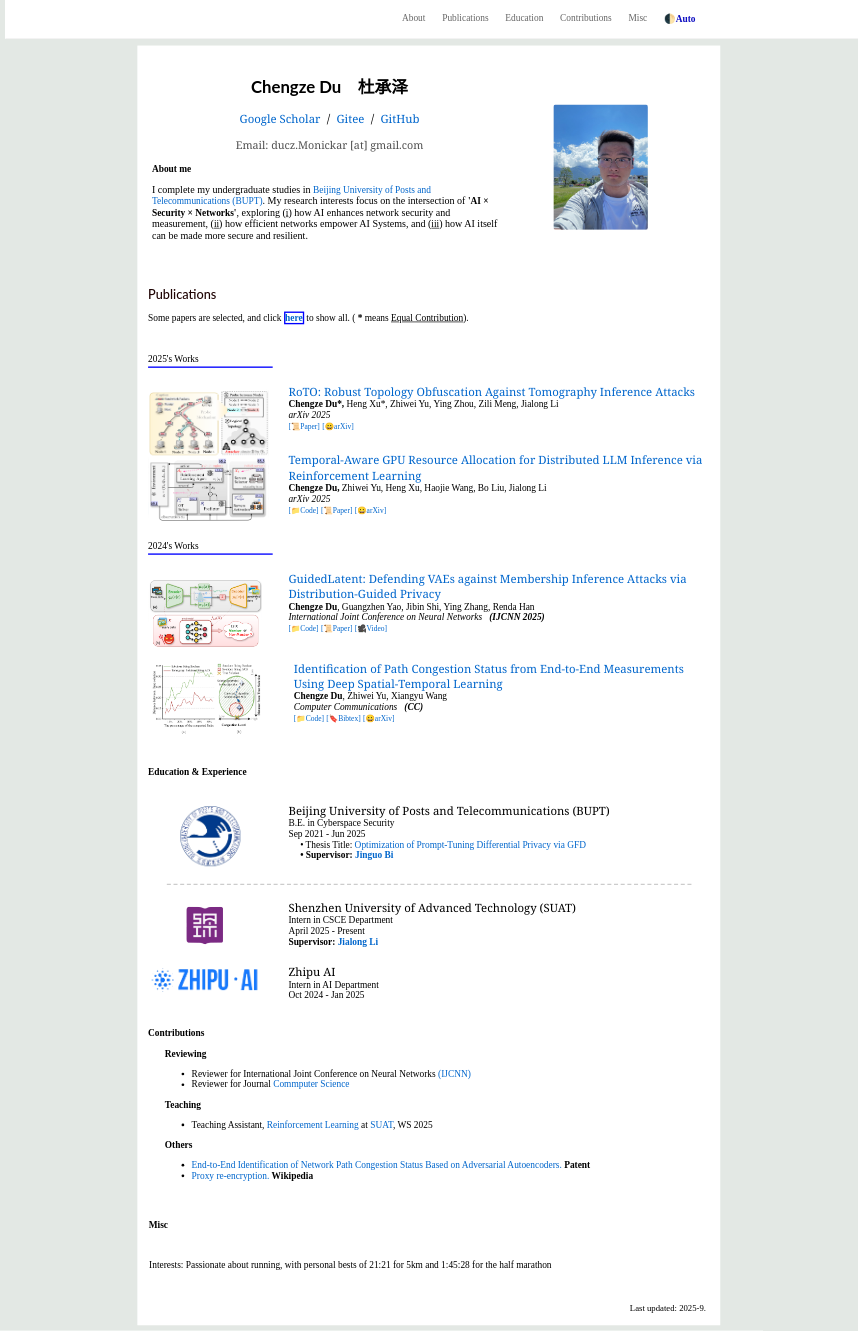
Repository: Monickar/Monickar.github.io
Page: index.html
The author's editor kept a copy of each file at every save. The page is drawn from the files as they stood at one save, then again after a run of saves.
The browser window is 1280 px wide. The pictures show the whole page, at 67% of full size.

Above is the page before, as saved 2025-10-28 18:53:03.

### index.html
<!DOCTYPE HTML>
<html lang="en">
  <head>
    <meta http-equiv="Content-Type" content="text/html; charset=UTF-8">

    <title>Chengze's Homepage</title>

    <meta name="author" content="Chengze Du">
    <meta name="viewport" content="width=550px, initial-scale=1.0">
    <link rel="shortcut icon" href="./images/IMG_1936.JPG" type="image/x-icon" style="border-radius: 50%;"> <!-- 添加favicon 圆形-->
    <link rel="stylesheet" type="text/css" href="styles.css">
    <style>

      /* * {
        font-family: Cambria, Georgia, serif;

      } */
      * {
        font-size: 14px;

      }


    </style>
  </head>


  <body bgcolor="#E3E8E4">
    <!-- 导航栏 -->
    <nav class="navbar" bgcolor="#EEEEEE">
      <div class="nav-container">
        <a href="#" class="nav-brand"> </a>
        <div class="nav-links">
          <a href="#about">About</a>
          <a href="#pub">Publications</a>
          <a href="#education">Education</a>
          <a href="#contributions">Contributions</a>
          <a href="#misc">Misc</a>
          <a id="darkToggle" style="color: rgb(12, 12, 193); font-weight: bolder;">Mode🌓</a>

        </div>
      </div>
    </nav>

    <!-- 原有内容开始 -->
    <table id="about" style="width:100%; background:#FFFFFF; max-width:870px;border:0px;border-spacing:0px;border-collapse:separate;margin-right:auto;margin-left:auto;"><tbody>
      <tr style="padding:0px">
        <td style="padding:0px">
          <table style="width:100%;border:0px;border-spacing:0px;border-collapse:separate;margin-right:auto;margin-left:auto;"><tbody>
            <tr style="padding:0px">
              <td style="padding:2.5%;width:60%;vertical-align:middle">

                <p class="name" style="text-align: center; font-size: 25px;">
                  Chengze Du &ensp;  杜承泽
                </p>

                <p style="text-align:center; font-size: 18px; font-family: Georgia">
                  <a href="https://scholar.google.com/citations?hl=zh-CN&user=y4ty-f4AAAAJ" class="papertitle">Google Scholar</a> &nbsp;/&nbsp;
                  <a href="https://gitee.com/monickar" class="papertitle">Gitee</a> &nbsp;/&nbsp;
                  <a href="https://github.com/Monickar" class="papertitle">GitHub</a>
                </p>

                <p style="text-align:center; font-size: 16px; font-family: Cambria; color: rgb(80, 80, 80);">
                Email: ducz.Monickar [at] gmail.com
                </p>
                <h2>About me</h2>

                <p style="font-size: 15px;"> I complete my undergraduate studies in <a href="https://www.bupt.edu.cn/">Beijing University of Posts and Telecommunications (BUPT)</a>.
                  My research interests focus on the intersection of <strong>'AI <strong>×</strong> Security <strong>×</strong> Networks'</strong>, exploring (<u>i</u>) how AI enhances network security and measurement, (<u>ii</u>) how efficient networks empower AI Systems, and (<u>iii</u>) how AI itself can be made more secure and resilient.

                </p>
              </td>
              <td style="padding:5.5%; width:31%; max-width:37%; padding-top:10%;">
                <a href="https://ccfddl.com/"><img style="width:70%; max-width:70%;object-fit: cover; border-radius: 2%;" alt="profile photo" src="images/chengze.jpg" class="hoverZoomLink"></a>
              </td>
            </tr>
          </tbody></table>


      <table id="pub" style="width:100%;border:0px;border-spacing:0px;border-collapse:separate;margin-right:auto;margin-left:auto;"><tbody>
          <tr>
          <td style="padding:16px;width:100%;vertical-align:middle">
            <h2 class="subtitle">Publications</h2>
            <p>
             Some papers are selected, and click <strong><a href="FullPaperList.html" class="text-with-border">here</a></strong> to show all.
              ( <strong>*</strong> means <u>Equal Contribution</u>).
            </p>
             <!-- Some works are <span class="highlight">highlighted</span>.  -->
          </td>
        </tr>
      </tbody></table>
      <table style="width:100%;border:0px;border-spacing:0px;border-collapse:separate;margin-right:auto;margin-left:auto;"><tbody>


      <!-- 2025 分隔符 -->
      <td style="padding:16px; width:25%; vertical-align:middle; margin-top: 2px;">
        <span class="year">2025's Works</span>
        <div style="height: 2px; background-color: blue; margin-top: 2px;"></div>
      </td>

      <tr >
        <td style="padding:16px;width:25%;vertical-align:top">
          <div class="one">
            <img src="images/RoTO-1.png" class="top" alt="SecureNT alternate" width="180" height="100">
            <img src="images/RoTO-2.png" class="bottom" alt="SecureNT" style="width:180px; height:65px;">
          </div>
        </td>
        <td style="padding:8px;width:80%; vertical-align:top">
          <a href="https://arxiv.org/abs/2508.12852">
        <span class="papertitle">RoTO: Robust Topology Obfuscation Against Tomography Inference Attacks</span>
          </a>
          <br>
          <strong>Chengze Du*,</strong>
          Heng Xu*,
          Zhiwei Yu,
          Ying Zhou,
          Zili Meng,
          Jialong Li

          <br>
          <em>arXiv  2025</em>
          <br>
          <!-- <a href="" style="font-size: 0.8em;">[📁Code]</a> -->
          <a href="https://arxiv.org/pdf/2508.12852" style="font-size: 0.8em;">[📜Paper]</a>
          <a href="https://arxiv.org/abs/2508.12852" style="font-size: 0.8em;">[😀arXiv]</a>
          <p></p>
        </td>
      </tr>



      <tr >
        <td style="padding:16px;width:20%;vertical-align:top">
          <div class="one">
            <img src="images/gpu_infer_component.png" class="top" alt="SecureNT alternate" width="180" height="100">
            <img src="images/tcc_intro.png" class="bottom" alt="SecureNT" style="width:180px; height:90px;">
          </div>
        </td>
        <td style="padding:8px;width:80%; vertical-align:middle">
          <a href="https://arxiv.org/abs/2507.10259">
        <span class="papertitle">Temporal-Aware GPU Resource Allocation for Distributed LLM Inference via Reinforcement Learning</span>
          </a>
          <br>
          <strong>Chengze Du,</strong>
          Zhiwei Yu,
          Heng Xu,
          Haojie Wang,
          Bo Liu,
          Jialong Li

          <br>
          <em>arXiv  2025</em>
          <br>
          <a href="https://gitee.com/Monickar/OT4GpuInference" style="font-size: 0.8em;">[📁Code]</a>
          <a href="https://arxiv.org/pdf/2507.10259" style="font-size: 0.8em;">[📜Paper]</a>
          <a href="https://arxiv.org/abs/2507.10259" style="font-size: 0.8em;">[😀arXiv]</a>
          <p></p>

        </td>
      </tr>


      <!-- 2024 分隔符 -->
      <td style="padding:16px; width:20%; vertical-align:middle; margin-top: 2px;">
        <span class="year">2024's Works</span>
        <div style="height: 2px; background-color: blue; margin-top: 2px;"></div>
      </td>

      <tr >
        <td style="padding:16px;width:20%;vertical-align:top">
          <div class="one">
            <img src="images/anti-vae.png" class="top" alt="SecureNT alternate" width="170" height="110">
            <img src="images/vae-anti-mia.png" class="bottom" alt="SecureNT" style="width:170px; height:85px;">
          </div>
        </td>
        <td style="padding:8px;width:80%; vertical-align:top">
          <a href="">
        <span class="papertitle">GuidedLatent: Defending VAEs against Membership Inference Attacks via Distribution-Guided Privacy
          </a>
          <br>
          <strong>Chengze Du</strong>,
                  Guangzhen Yao,
                  Jibin Shi,
                  Ying Zhang,
                  Renda Han
          <br>
          <em>International Joint Conference on Neural Networks <strong>&nbsp (IJCNN 2025)</strong></em>
          <br>
          <a href="https://anonymous.4open.science/r/VAE-Anti-MIA-DB1A/README.md" style="font-size: 0.8em;">[📁Code]</a>
          <a href="./files/IJCNN_2025.pdf" style="font-size: 0.8em;">[📜Paper]</a>
          <!-- <a href="./files/" style="font-size: 0.8em;">[😀arXiv]</a> -->
          <a href="https://vimeo.com/1095995168" style="font-size: 0.8em;">[🎥Video]</a>
          <!-- <a href="https://arxiv.org/abs/2412.10762" style="font-size: 0.8em;">[📄Poster]</a> -->
          <br>
          <br>
        </td>
      </tr>




    <tr>
      <td style="padding:16px;width:20%;vertical-align:top">
          <div class="one">
            <img src="images/CC_1.png" class="top" alt="SecureNT alternate" width="170" height="110">
            <img src="images/AAE-LSTM.png" class="bottom" alt="SecureNT" style="width:170px; height:110px;">
          </div>
      </td>
      <td style="padding:16px;width:70%;vertical-align:top">
        <a href="https://www.sciencedirect.com/science/article/pii/S0140366425001513">
          <span class="papertitle">Identification of Path Congestion Status from End-to-End Measurements Using Deep Spatial-Temporal Learning</span>
        </a>
        <br>
        <strong>Chengze Du</strong>,
        Zhiwei Yu, Xiangyu Wang
        <br>
        <em>Computer Communications  &nbsp <strong>(CC)</strong> </em>
        <br>
        <a href="https://github.com/Monickar/ACS" style="font-size: 0.8em;">[📁Code]</a>
        <a href="./Bibtex/CC_NT_2025.txt" style="font-size: 0.8em;">[🔖Bibtex]</a>
        <a href="https://arxiv.org/abs/2412.10762" style="font-size: 0.8em;">[😀arXiv]</a>
      </td>
    </tr>

          </tbody></table>

          <table style="width:100%;border:0px;border-spacing:0px;border-collapse:separate;margin-right:auto;margin-left:auto;"><tbody>
            <tr>
            <td style="padding:16px;width:100%;vertical-align:middle">
              <h2>Education & Experience</h2>
            </td>
          </tr>
        </tbody></table>

        <!-- 教育经历 -->
        <table id="education" style="width:100%;border:0px;border-spacing:0px;border-collapse:separate;margin-right:auto;margin-left:auto;"><tbody>

          <tr>
            <td style="padding:16px;width:25%;vertical-align:middle"> <!-- 图片设置为居中 -->
              <img src="images/bupt-logo-1.png" alt="BUPT" width="90" style="display: block; margin: 0 auto;">
            </td>
            <td style="padding:8px;width:75%;vertical-align:middle">
              <span class="papertitle">Beijing University of Posts and Telecommunications (BUPT)</span>
              <br>
              B.E. in Cyberspace Security
              <br>
              Sep 2021 - Jun 2025
              <br>
                &emsp; • Thesis Title:
                 <font color="#1772D0"> <a href="https://gitee.com/Monickar/Bachelor_Thesis" >  Optimization of Prompt-Tuning Differential Privacy via GFD</a> </font>
              <br>
              <strong>
                &emsp; • Supervisor: <a href="https://scss.bupt.edu.cn/info/1063/3984.htm">Jinguo Bi</a>
              </strong>
              <p></p>
            </td>

          </tr>

          <!-- 添加虚线分隔符 -->
          <tr>
            <td colspan="2" style="padding: 10px 0">
              <div style="border-top: 2px dashed #ccc; width: 90%; margin: 0 auto;"></div>
            </td>
          </tr>

          <tr>
            <td style="padding:16px 16px 8px 16px;width:20%;vertical-align:middle">
              <img src="images/suat-logo.png" alt="Internship" width="170">
            </td>
            <td style="padding:4px 8px 4px 8px;width:80%;vertical-align:middle">
              <span class="papertitle">Shenzhen University of Advanced Technology (SUAT) </span>
              <br>
              Intern in CSCE Department
              <br>
              April 2025 - Present
              <br>
              <strong>Supervisor: <a href="https://franklee94.github.io/index.html">Jialong Li</a></strong>
            </td>
          </tr>

          <tr>
            <td style="padding:16px;width:20%;vertical-align:middle">
              <img src="images/Zhipu_AI.png" alt="Internship" width="170">
            </td>
            <td style="padding:8px;width:80%;vertical-align:middle">
              <span class="papertitle"> Zhipu AI</span>
              <br>
              Intern in AI Department
              <br>
              Oct 2024 - Jan 2025
          </tr>

        </tbody></table>

 <!-- 专利 -->

 <table id="contributions" style="width:100%;border:0px;border-spacing:0px;border-collapse:separate;margin-right:auto;margin-left:auto;"><tbody>
  <tr>
    <td style="padding:16px; width:100%; vertical-align:middle">
      <h2>Contributions</h2>

      <div style="padding-left: 25px;">
        <h3>Reviewing</h3>
        <ul>
          <li>Reviewer for International Joint Conference on Neural Networks <a href="https://ijcnn2024.org/">(IJCNN) </a>  </li>
          <li>Reviewer for Journal <a href="https://www.jsjkx.com/EN/1002-137X/home.shtml"> Commputer Science </a>  </li>
        </ul>
      </div>

      <div style="padding-left: 25px;">
        <h3>Teaching</h3>
        <ul>
          <li>Teaching Assistant,<a href=""> Reinforcement Learning </a> at <a href="https://suat-sz.edu.cn/en/">SUAT</a>, WS 2025</li>

        </ul>
      </div>


      <div style="padding-left: 25px;">

        <h3>  Others</h3>
      <ul>
        <li> <a href="https://patentimages.storage.googleapis.com/00/00/00/0000000000000000000000000000000000000000000000000000000000000000.pdf"> End-to-End Identification of Network Path Congestion Status
          Based on Adversarial Autoencoders.</a> <strong>Patent</strong></li>
        <li><a href="https://zh.wikipedia.org/wiki/%E4%BB%A3%E7%90%86%E9%87%8D%E5%8A%A0%E5%AF%86">Proxy re-encryption.</a> <strong>Wikipedia</strong></li>
      </ul>
      </div>






    </td>
  </tr>
</tbody></table>



		<table style="width:100%; margin:0 auto; border:0; border-spacing:0; padding:16px;"><tbody>
            <tr>
              <td>
                <h2>Misc</h2>
              </td>
            </tr>
          </tbody></table>
          <table id="misc" style="width:100%;border:0px;border-spacing:0px;border-collapse:separate;margin-right:auto;margin-left:auto;"><tbody>

        <!-- 其他内容 : Interests: Passionate about running, with personal bests of 21:21 for 5km and 1:45:28 for the half marathon-->
        <p>&emsp; Interests: Passionate about running, with personal bests of 21:21 for 5km and 1:45:28 for the half marathon</p>

          </tbody></table>
          <table style="width:100%; border:5px;border-spacing:0px;border-collapse:separate;margin-right:auto;margin-left:auto;"><tbody>
            <tr>
              <td style="padding:5px">
                <br>
                <p style="text-align:right;font-size:small;">
                  Last updated: 2025-9. &emsp;
                </p>
              </td>
            </tr>
          </tbody></table>


        </td>
      </tr>
    </table>

    <script>
    const btn = document.getElementById('darkToggle');
    const mode = localStorage.getItem('mode') || 'auto'; // 'auto', 'dark', 'light'

    function isDarkTime() {
      const hour = new Date().getHours();
      return hour >= 18 || hour < 6; // 20:00-6:00: dark time
    }

    function applyTheme() {
      const shouldBeDark = mode === 'dark' || (mode === 'auto' && isDarkTime());
      document.body.classList.toggle('dark', shouldBeDark);


      if (mode === 'auto') {
        btn.textContent = '🌓Auto';
        btn.title = 'Turn Dark';
      } else {
        btn.textContent = shouldBeDark ? '🌓Dark' : '🌓Light';
        btn.title = shouldBeDark ? 'Turn Light' : 'Turn Auto';
      }
    }

    btn.onclick = () => {
      const modes = ['light', 'auto', 'dark'];
      const idx = modes.indexOf(mode);
      const newMode = modes[(idx + 1) % 3];
      localStorage.setItem('mode', newMode);
      location.reload(); // 简单刷新应用新模式
    };

    applyTheme();
    // 每分钟检查一次时间（仅在自动模式下有用）
    if (mode === 'auto') setInterval(applyTheme, 1000000);
    </script>


  </body>
</html>

### styles.css
.name {
  padding-top: 20px;
  margin: 0;
  font-family: 'Lato', Cambria, Georgia, serif;
  font-size: 10px;
  font-weight: bold;
}

.papertitle {
  font-family: Cambria, Georgia, Helvetica, sans-serif;
  font-size: 17px;
  font-weight: 550;
}

.subtitle {
  font-family: 'Lato', Georgia, Helvetica, sans-serif;
  font-size: 19px;
  font-weight: 500;
  color: #1e0202;
}

a {
    color: #0066cc; /* 设置链接颜色为蓝色 */
    text-decoration: none;
}

a:focus,

a:hover {
    text-decoration: underline;
    color: #f09228;
}

.text-with-border {
border: 2px solid blue; /* 边框宽度为 2px，样式为实线，颜色为蓝色 */
}
/* 导航栏样式 */
.navbar {
  background-color: #ffffff;
  padding: 15px 0;
  border-bottom: 1px solid #eee;
  position: fixed;
  top: 0;
  width: 100%;
  z-index: 1000;
}

.nav-container {
  max-width: 800px;
  margin: 0 auto;
  display: flex;
  justify-content: space-between;
  align-items: center;
}

.nav-brand {
  font-size: 1.5em;
  font-weight: bold;
  color: #333;
  text-decoration: none;
}

.nav-links {
  display: flex;
  gap: 20px;
}

.nav-links a {
  color: #666;
  text-decoration: none;
  padding: 5px 10px;
  transition: color 0.3s ease;
}

.nav-links a:hover {
  color: #1772D0;
}

/* 为了防止内容被导航栏遮挡 */
body {
  padding-top: 60px;
}

/* 修改图片切换相关的样式 */
.one {
  position: relative;
  display: inline-block;
}

.one img {
  position: absolute;
  left: 0;
  top: 0;
  transition: opacity 0.2s ease-in-out;
}

.one img.bottom {
  z-index: 1;
  position: relative;
}

.one img.top {
  z-index: 2;
}

.one:hover img.top {
  opacity: 0;
}

.hidden-link {
  color: inherit;
  text-decoration: none;
  cursor: default;
}

.hidden-link:hover {
  color: inherit;
  text-decoration: none;
}

body {
  font-size: 15px; /* 默认大小，可修改为所需值 */
}

body.dark {
  background: #1a1a1a !important;
  color: #e0e0e0 !important;
}

body.dark .navbar,
body.dark table {
  background: #2d2d2d !important;
}

body.dark a {
  color: #66b3ff !important;
}

body.dark .nav-links a {
  color: #b0b0b0 !important;
}

body.dark .nav-links a:hover {
  color: #66b3ff !important;
}

body.dark .papertitle {
  color: #66b3ff !important;
}

body.dark .year {
  color: #66b3ff !important;
}


.navbar {
  width: 100%; /* 占满屏幕宽度 */
}
.nav-container {
  display: flex;
  justify-content: space-between; /* 内容左右分布 */
  align-items: center;

}

.nav-links {
  display: flex;
  gap: 5px; /* 链接间添加间隔 */
}

After the next 2 saves:
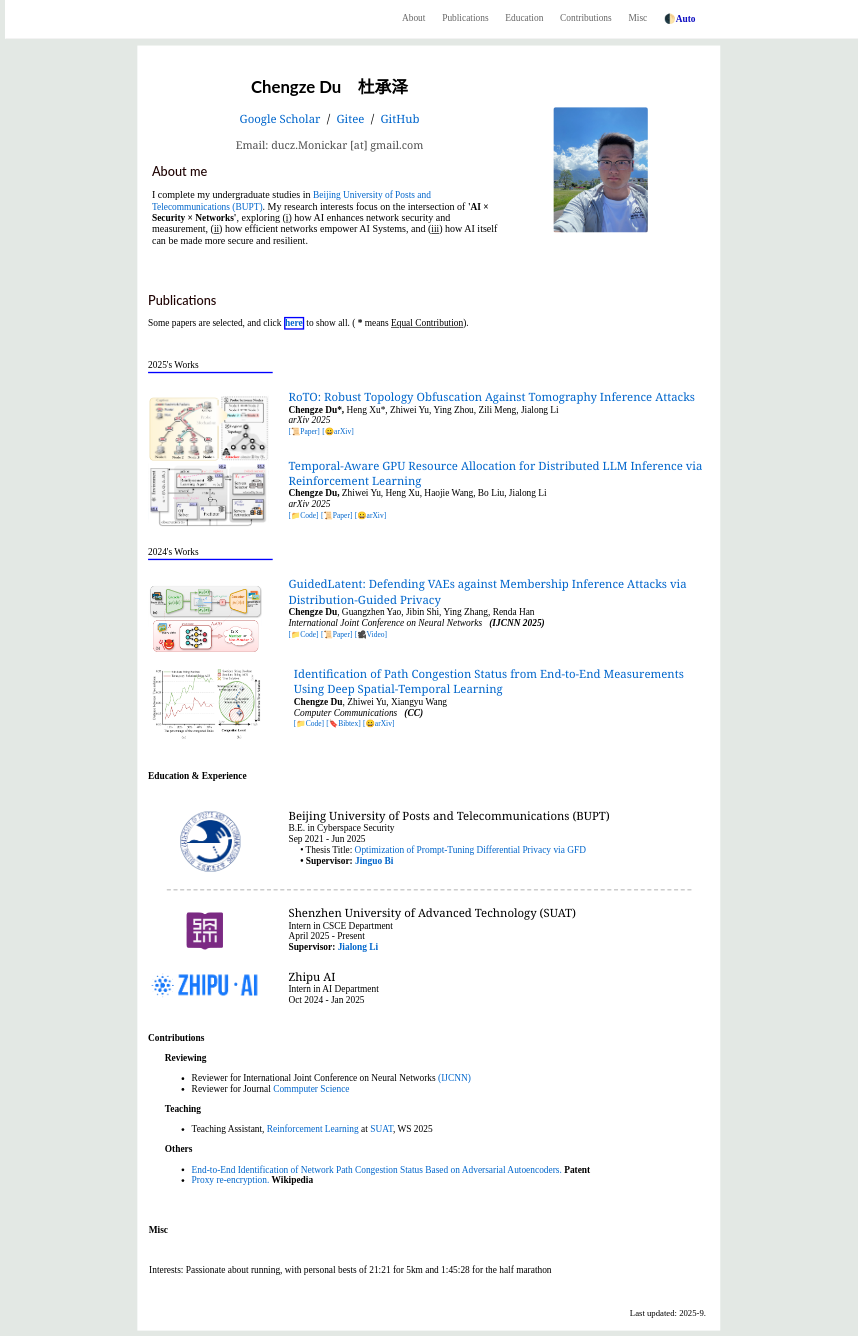
The 2 saves are shown as one change because they came seconds apart.
The last was saved 17 s later.
--- a/index.html
+++ b/index.html
@@ -63,7 +63,7 @@
                 <p style="text-align:center; font-size: 16px; font-family: Cambria; color: rgb(80, 80, 80);">
                 Email: ducz.Monickar [at] gmail.com
                 </p>
-                <h2>About me</h2>
+                <h2 class="subtitle">About me</h2>
 
                 <p style="font-size: 15px;"> I complete my undergraduate studies in <a href="https://www.bupt.edu.cn/">Beijing University of Posts and Telecommunications (BUPT)</a>.
                   My research interests focus on the intersection of <strong>'AI <strong>×</strong> Security <strong>×</strong> Networks'</strong>, exploring (<u>i</u>) how AI enhances network security and measurement, (<u>ii</u>) how efficient networks empower AI Systems, and (<u>iii</u>) how AI itself can be made more secure and resilient.
